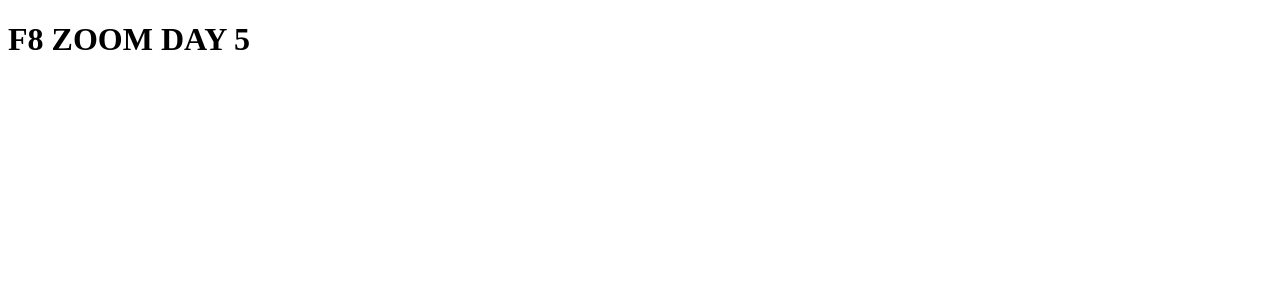
Repository: lannguyen1301/f8-zoom-day-5
Page: index.html
These files come from the project's save history. The page is drawn as it stood at one moment and after a run of saves; the edit follows.
The browser window is 1280 px wide. The pictures show the whole page.

Above is the page before, as saved 2025-04-21 12:38:59.

### index.html
<!DOCTYPE html>
<html lang="en">

<head>
    <meta charset="UTF-8">
    <meta name="viewport" content="width=device-width, initial-scale=1.0">
    <title>F8 ZOOM DAY 5</title>
</head>

<body>
    <h1>F8 ZOOM DAY 5</h1>
</body>

</html>

After the next 2 saves:
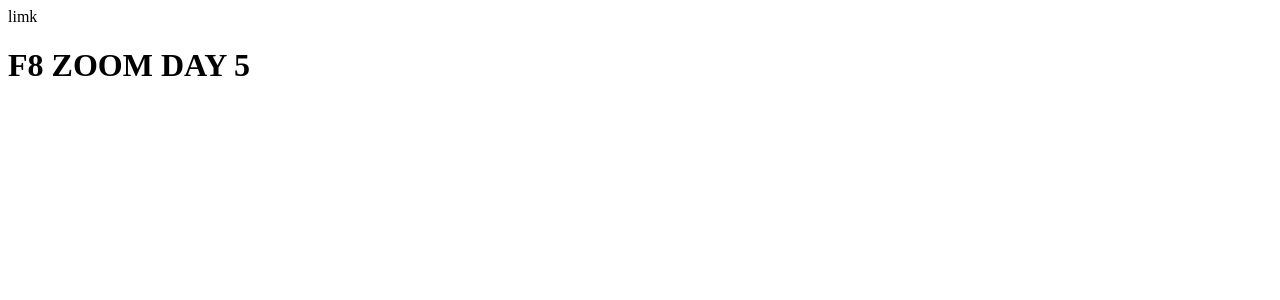
The 2 saves are shown as one change because they came seconds apart.
The last was saved 23 s later.
--- a/index.html
+++ b/index.html
@@ -5,6 +5,7 @@
     <meta charset="UTF-8">
     <meta name="viewport" content="width=device-width, initial-scale=1.0">
     <title>F8 ZOOM DAY 5</title>
+    limk
 </head>
 
 <body>

After the 2 saves that followed:
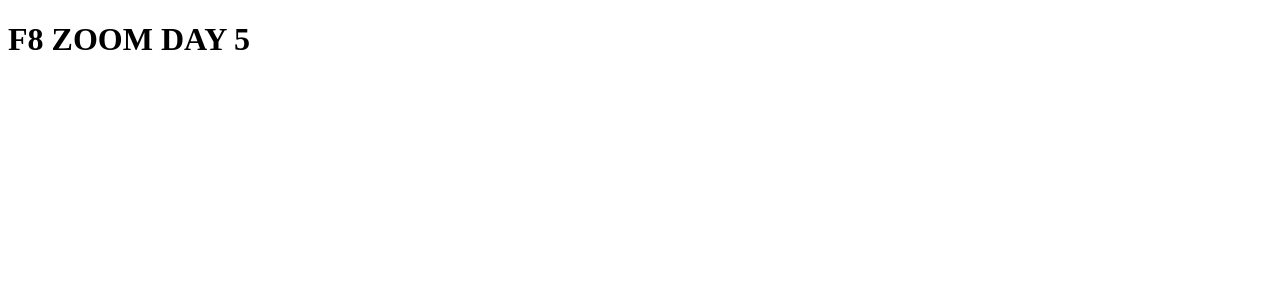
Not found: style.css
The 2 saves are shown as one change because they came seconds apart.
The last was saved 7 s later.
--- a/index.html
+++ b/index.html
@@ -5,7 +5,7 @@
     <meta charset="UTF-8">
     <meta name="viewport" content="width=device-width, initial-scale=1.0">
     <title>F8 ZOOM DAY 5</title>
-    limk
+    <link rel="stylesheet" href="style.css">
 </head>
 
 <body>
